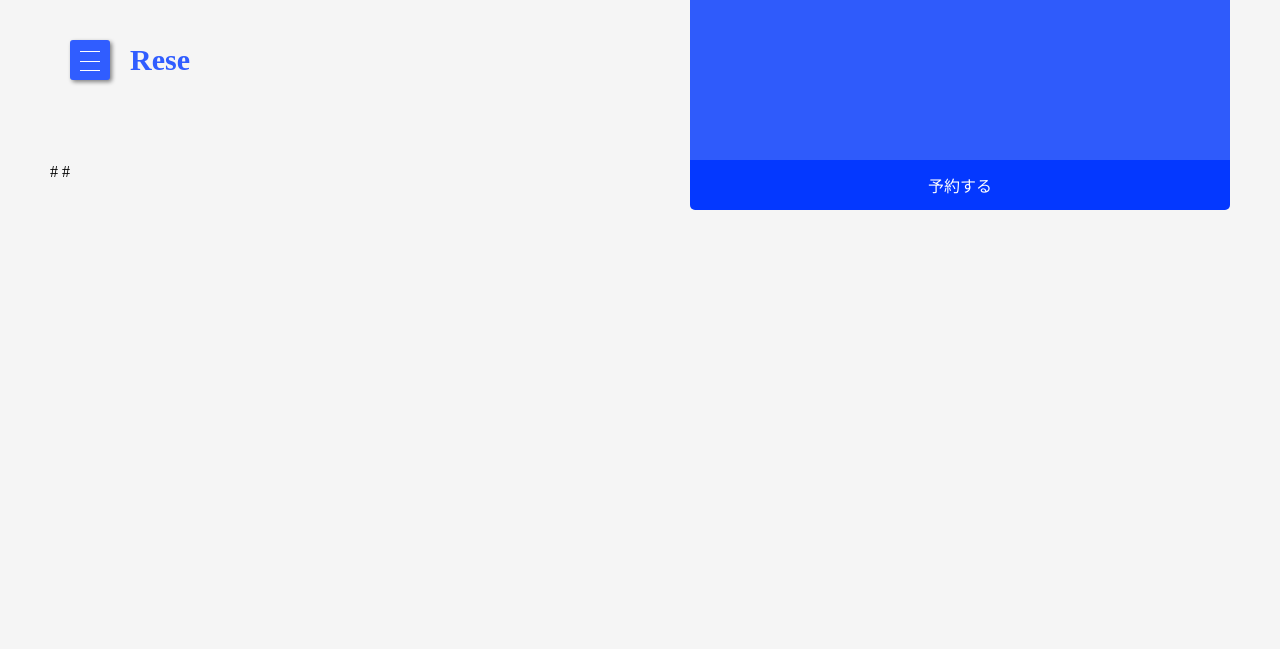
Repository: Haruka-Wada/Rese
Page: src/resources/views/shop_detail.blade.php
An editor plug-in stored every save of this project. The page is shown before and after a run of saves, followed by the edit.
The browser window is 1280 px wide. The pictures show the whole page.
The page is served by the project's Laravel application, run on PHP 8.4 with Laravel 8. Other server files are loaded and not shown. The template is opened directly, without the code that normally fills it, so the values that code supplies are empty.

Above is the page before, as saved 2024-11-19 14:50:52.

### src/routes/web.php
<?php

use App\Http\Controllers\ReseController;
use Illuminate\Database\Console\Migrations\ResetCommand;
use Illuminate\Support\Facades\Route;
use SebastianBergmann\GlobalState\Restorer;

/*
|--------------------------------------------------------------------------
| Web Routes
|--------------------------------------------------------------------------
|
| Here is where you can register web routes for your application. These
| routes are loaded by the RouteServiceProvider within a group which
| contains the "web" middleware group. Now create something great!
|
*/

Route::get('/', [ReseController::class, 'index']);
Route::get('/detail/{shop_id?}', [ReseController::class, 'detail']);
Route::get('/search', [ReseController::class, 'search']);

Route::middleware(['verified'])->group(function(){
    Route::middleware('auth')->group(function () {
        Route::get('/thanks', [ReseController::class, 'thanks']);
        Route::get('/mypage', [ReseController::class, 'myPage']);
        Route::post('/favorite', [ReseController::class, 'favorite']);
        Route::post('/reservation', [ReseController::class, 'reservation']);
        Route::get('/done', [ReseController::class, 'done']);
        Route::delete('/delete',[ReseController::class, 'reservationDelete']);
        Route::get('/edit', [ReseController::class, 'reservationEdit']);
        Route::patch('/edit/update', [ReseController::class, 'reservationUpdate']);
    });
});

### src/resources/views/shop_detail.blade.php
@extends('layouts/app')

@section('css')
<link rel="stylesheet" href="{{ asset('css/shop_detail.css') }}">
@endsection

@section('main')
<div class="main__container">
    <div class="shop__container">
        <div class="shop__name-area">
            <button onclick="location.href='/'">&lt;</button>
            <h2>{{ $shop->name }}</h2>
        </div>
        <div class="shop__img">
            <img src="{{ $shop->image}}" alt="">
        </div>
        <div class="shop__tag">
            <span>#{{ $shop->area->name }}</span>
            <span>#{{ $shop->genre->name }}</span>
        </div>
        <div class="shop__outline">
            <p>{{ $shop->outline }}</p>
        </div>
    </div>
    <div class="reservation__container">
        <div class="reservation__wrap">
            <div class="reservation__title">
                <h2>予約</h2>
            </div>
            <form action="/reservation" method="post" id="reservation">
                @csrf
                <div class="reservation__form">
                    <input type="hidden" name="shop_id" value="{{ $shop->id }}">
                    <input type="date" name="date" class="reservation__date">
                    <div class="reservation__error">
                        @error('date')
                        {{ $message }}
                        @enderror
                    </div>
                    <select name="time" id="" class="reservation__time">
                        <option disabled selected>時間を選択してください</option>
                        <option value="17:00">17:00</option>
                        <option value="17:30">17:30</option>
                        <option value="18:00">18:00</option>
                        <option value="18:30">18:30</option>
                        <option value="19:00">19:00</option>
                        <option value="19:30">19:30</option>
                        <option value="20:00">20:00</option>
                        <option value="20:30">20:30</option>
                        <option value="21:00">21:00</option>
                        <option value="21:30">21:30</option>
                        <option value="22:00">22:00</option>
                        <option value="22:30">22:30</option>
                        <option value="23:00">23:00</option>
                    </select>
                    <div class="reservation__error">
                        @error('time')
                        {{ $message }}
                        @enderror
                    </div>
                    <select name="number" id="" class="reservation__number">
                        <option disabled selected>人数を選択してください</option>
                        @for($i = 1; $i < 51; $i++)
                            <option value="{{ $i }}">{{ $i }}人</option>
                            @endfor
                    </select>
                    <div class="reservation__error">
                        @error('number')
                        {{ $message }}
                        @enderror
                    </div>
                </div>
            </form>
            <div class="reservation__confirm">
                <dl class="reservation__confirm-list">
                    <dt class="reservation__confirm-item">Shop</dt>
                    <dd class="reservation__confirm-content">{{ $shop->name }}</dd>
                </dl>
                <dl class="reservation__confirm-list">
                    <dt class="reservation__confirm-item">Date</dt>
                    <dd class="reservation__confirm-content" id="date"></dd>
                </dl>
                <dl class="reservation__confirm-list">
                    <dt class="reservation__confirm-item">Time</dt>
                    <dd class="reservation__confirm-content" id="time"></dd>
                </dl>
                <dl class="reservation__confirm-list">
                    <dt class="reservation__confirm-item">Number</dt>
                    <dd class="reservation__confirm-content" id="number"></dd>
                </dl>
            </div>
        </div>
        <div class="reservation__button">
            <button form="reservation">予約する</button>
        </div>
    </div>

    <script type="text/javascript">
        $(function() {
            const date = $('#date');
            $('[name=date]').change(function() {
                const selectedDate = $('[name=date]').val();
                const formatDate = new Date(selectedDate);
                const year = formatDate.getFullYear();
                const month = formatDate.getMonth() + 1;
                const day = formatDate.getDate();
                date.text(year + "/" + month + "/" + day);
            })
        })

        $(function() {
            const time = $('#time');
            $('[name=time]').change(function() {
                const selectedTime = $('[name=time] option:selected').text();
                time.text(selectedTime);
            });
        });

        $(function() {
            const number = $('#number');
            $('[name=number]').change(function() {
                const selectedNumber = $('[name=number] option:selected').text();
                number.text(selectedNumber);
            })
        })
    </script>
    @endsection

### src/resources/views/layouts/app.blade.php
<!DOCTYPE html>
<html lang="ja">

<head>
    <meta charset="UTF-8">
    <meta name="viewport" content="width=device-width, initial-scale=1.0">
    <meta name="csrf-token" content="{{ csrf_token()}}">
    <title>Rese</title>
    <link rel="stylesheet" href="{{ asset('css/sanitize.css') }}">
    <link rel="stylesheet" href="{{ asset('css/app.css') }}">
    @yield('css')
    <script src="https://ajax.googleapis.com/ajax/libs/jquery/3.3.1/jquery.min.js"></script>
</head>

<body>

    <header>
        <div class="header__wrapper">
            <button class="header__nav" onclick="navFunc()"></button>
            <nav class="header__hamburger">
                <ul class="hamburger__menu">
                    <li><a href="/" class="hamburger__menu-link">HOME</a></li>
                    @if(Auth::check())
                    <li>
                        <form action="/logout" method="post">
                            @csrf
                            <button class="hamburger__menu-logout">Logout</button>
                        </form>
                    </li>
                    <li><a href="/mypage" class="hamburger__menu-link">Mypage</a></li>
                    @else
                    <li><a href="/register" class="hamburger__menu-link registration">Registration</a></li>
                    <li><a href="/login" class="hamburger__menu-link">Login</a></li>
                    @endif
                </ul>
            </nav>
            <h1 class="header__logo">Rese</h1>
            @yield('search')
        </div>
    </header>
    <main class="main">
        @yield('main')
    </ま>

    <script type="text/javascript">
        function navFunc() {
            document.querySelector('html').classList.toggle('open');
        }
    </script>
</body>

</html>

### src/public/css/sanitize.css
/*
html5doctor.com Reset Stylesheet
v1.6.1
Last Updated: 2010-09-17
Author: Richard Clark - http://richclarkdesign.com
Twitter: @rich_clark
*/

html,
body,
div,
span,
object,
iframe,
h1,
h2,
h3,
h4,
h5,
h6,
p,
blockquote,
pre,
abbr,
address,
cite,
code,
del,
dfn,
em,
img,
ins,
kbd,
q,
samp,
small,
strong,
sub,
sup,
var,
b,
i,
dl,
dt,
dd,
ol,
ul,
li,
fieldset,
form,
label,
legend,
table,
caption,
tbody,
tfoot,
thead,
tr,
th,
td,
article,
aside,
canvas,
details,
figcaption,
figure,
footer,
header,
hgroup,
menu,
nav,
section,
summary,
time,
mark,
audio,
video {
    margin: 0;
    padding: 0;
    border: 0;
    outline: 0;
    font-size: 100%;
    vertical-align: baseline;
    background: transparent;
}

body {
    line-height: 1;
}

article,
aside,
details,
figcaption,
figure,
footer,
header,
hgroup,
menu,
nav,
section {
    display: block;
}

nav ul {
    list-style: none;
}

blockquote,
q {
    quotes: none;
}

blockquote:before,
blockquote:after,
q:before,
q:after {
    content: '';
    content: none;
}

a {
    margin: 0;
    padding: 0;
    font-size: 100%;
    vertical-align: baseline;
    background: transparent;
}

/* change colours to suit your needs */
ins {
    background-color: #ff9;
    color: #000;
    text-decoration: none;
}

/* change colours to suit your needs */
mark {
    background-color: #ff9;
    color: #000;
    font-style: italic;
    font-weight: bold;
}

del {
    text-decoration: line-through;
}

abbr[title],
dfn[title] {
    border-bottom: 1px dotted;
    cursor: help;
}

table {
    border-collapse: collapse;
    border-spacing: 0;
}

/* change border colour to suit your needs */
hr {
    display: block;
    height: 1px;
    border: 0;
    border-top: 1px solid #cccccc;
    margin: 1em 0;
    padding: 0;
}

input,
select {
    vertical-align: middle;
}

### src/public/css/app.css
body {
    background-color: whitesmoke;
    width: 100vw;
}

.header__wrapper {
    width: 90%;
    height: 60px;
    margin: 0 auto;
    display: flex;
    justify-content: space-between;
    align-items: center;
    padding: 30px 60px;
    position: fixed;
    z-index: 10;
    background-color: whitesmoke;
}

.header__nav {
    padding: 10px;
    margin: 10px;
    border: none;
    outline: none;
    background: none;
    width: 40px;
    height: 40px;
    cursor: pointer;
    background-color: #305DFF;
    box-shadow: 2px 2px 4px gray;
    border-radius: 3px;
    color: white;
}

.header__nav::before {
    content: '';
    display: block;
    height: 1px;
    background-color: currentColor;
    transform: translateY(-8px);
    transition: 0.3s ease-in-out;
    box-shadow: 0 10px currentColor;
}

.header__nav::after {
    content: '';
    display: block;
    height: 1px;
    background-color: currentColor;
    transform: translateY(10px);
    transition: 0.3s ease-in-out;
}

.open .header__nav {
    z-index: 1000;
}

.open .header__nav::before {
    transform: rotate(-45deg);
    box-shadow: none;
}

.open .header__nav::after {
    transform: rotate(45deg);
    box-shadow: none;
}

.header__logo {
    color: #305DFF;
    font-size: 30px;
    position: fixed;
    left: 130px;
    transition: 0.5s;
}

.header__hamburger {
    display: flex;
    justify-content: center;
    align-items: center;
    position: absolute;
    width: 0;
    height: 0;
    top: 45px;
    left: 55px;
    overflow: hidden;
    color: transparent;
    transition: 0.5s ease-in-out;
}

.open .header__hamburger {
    top: 0;
    left: 0;
    width: 100vw;
    height: 100vh;
    background-color: white;
    z-index: 100;
}

.hamburger__menu {
    padding: 10% 0;
}

.hamburger__menu li {
    text-align: center;
    list-style: none;
    line-height: 300%;
}

.hamburger__menu-link {
    color: #305DFF;
    font-size: 25px;
    text-decoration: none;
    font-weight: 550;
}

.hamburger__menu-logout {
    border: none;
    outline: none;
    background-color: white;
    color: #305DFF;
    font-size: 25px;
    margin: 20px;
}

.registration {
    display: inline-block;
    margin: 20px;
}

.main {
    padding-top: 130px;
}

@media screen and (max-width: 768px) {
    .header__wrapper {
        padding: 30px;
    }

    .header__logo {
        left: 100px;
    }

    .main {
        padding-top: 120px;
    }
}

### src/public/css/shop_detail.css
.header__wrapper {
    width: 40%;
}

.main {
    display: grid;
    grid-template-rows: 130px 400px;
    grid-template-columns: 50% 1fr;
}

.main__container {
    grid-row: ;
    display: flex;
    align-items: flex-end;
    padding: 50px;
}

.shop__container {
    width: 50%;
    margin-right: 25px;
}

.shop__name-area {
    display: flex;
    align-items: center;
    padding-bottom: 30px;
}

.shop__name-area button {
    width: 30px;
    height: 30px;
    font-size: 20px;
    background-color: white;
    border: none;
    border-radius: 3px;
    box-shadow: 2px 2px 4px gray;
}

.shop__name-area h2 {
    padding-left: 20px;
    font-size: 30px;
}
.shop__img {
    width: 100%;
}

.shop__img img{
    width: 100%;
}

.shop__tag {
    padding: 30px 0;
}

.shop__outline {
    line-height: 1.3;
}

.reservation__container {
    width: 50%;
    position: absolute;
    left: 50%;
    margin-right: 50px;
}

.reservation__wrap {
    background-color: #2F5BFB;
    border-radius: 5px 5px 0 0;
    padding: 20px 20px 160px;
    margin: 0 50px;
}

.reservation__title {
    color: white;
    padding: 20px 0;
    font-size: 24px;
}

.reservation__date {
    width: 40%;
    height: 40px;
    border: none;
    border-radius: 3px;
    padding-left: 10px;
    margin: 15px 0;
}

.reservation__time, .reservation__number{
    width: 100%;
    height: 40px;
    border: none;
    border-radius: 3px;
    padding-left: 10px;
    margin-bottom: 15px;
}

.reservation__confirm {
    background-color: #4D7EFF;
    border-radius: 3px;
    color: white;
    padding: 30px 20px;
}

.reservation__confirm-list {
    font-size: 14px;
    display: flex;
    padding: 5px 0;
}

.reservation__confirm-item {
    width: 25%;
}

.reservation__confirm-content {
    width: 75%;
}
.reservation__button {
    height: 50px;
    display: flex;
    align-items: center;
    margin: 0 50px;
    border-radius: 0 0 5px 5px;
    text-align: center;
}

.reservation__button button {
    width: 100%;
    height: 100%;
    font-size: 16px;
    border: none;
    border-radius: 0 0 5px 5px;
    background-color: #0438FF;
    color: white;
}

.reservation__error {
    color:  white;
    font-size: 14px;
    margin-bottom: 20px;
}

@media screen and (max-width:768px) {
    .header__wrapper {
        width: 100%;
    }

    .main__container {
        display: block;
        padding: 0 30px;
    }

    .shop__container {
        width: 100%;
    }

    .reservation__container {
        width: 100%;
        left: 0px;
        margin-top: 30px;
    }

    .reservation__wrap {
        height: auto;
        margin: 0 30px;
    }

    .reservation__date {
        width: 95%;
    }

    .reservation__button {
        margin: 0 30px;
    }
}

After the next 4 saves:
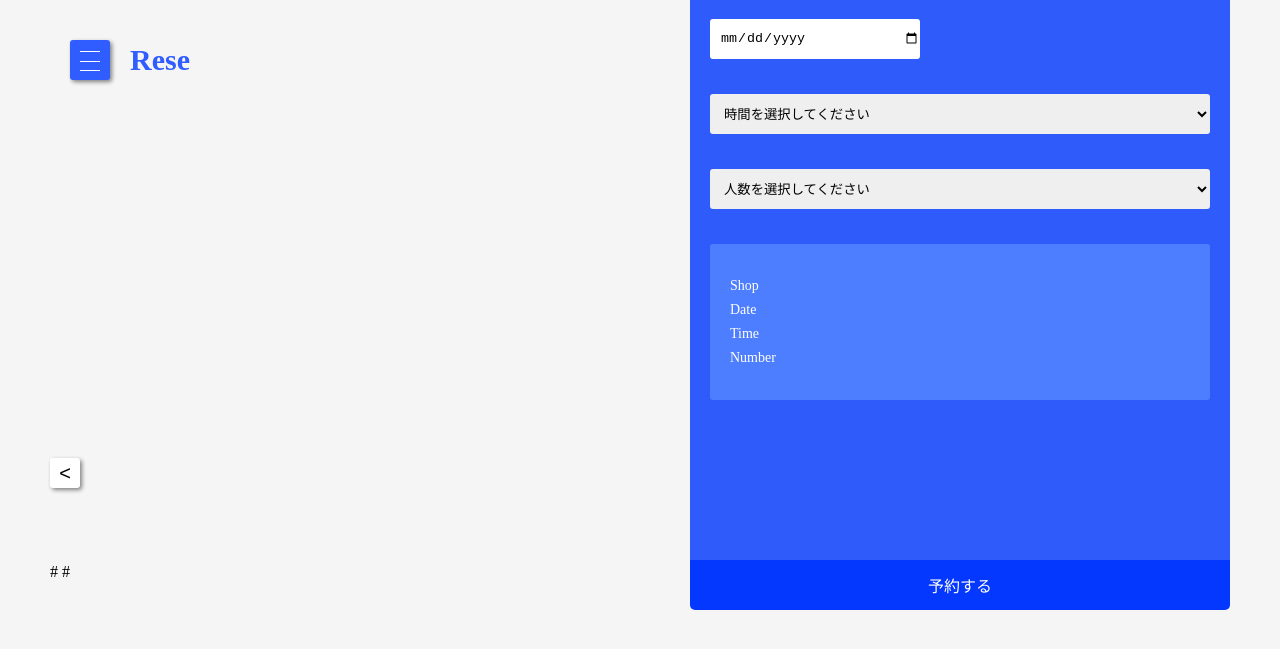
The 4 saves are shown as one change because they came seconds apart.
The last was saved 21 s later.
--- a/src/public/css/shop_detail.css
+++ b/src/public/css/shop_detail.css
@@ -9,7 +9,8 @@
 }
 
 .main__container {
-    grid-row: ;
+    grid-row: 2/3;
+    grid-column: 1/2;
     display: flex;
     align-items: flex-end;
     padding: 50px;
